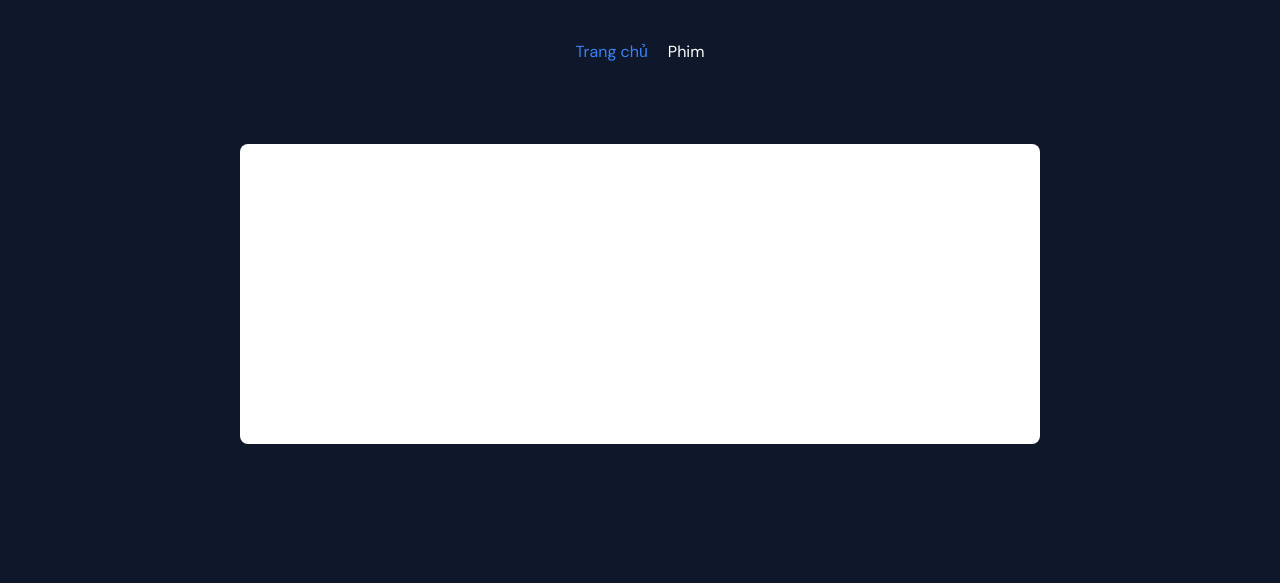
Repository: Nqvinh7603/FILM-FLOW
Page: /
An editor plug-in stored every save of this project. The page is shown before and after the next save, followed by the edit.
The browser window is 1280 px wide. The pictures show the whole page.
The project was rebuilt for these pictures with package versions that can differ from the ones it lists, and the page was loaded fresh each time. Also part of the build but not shown: vite.config.js.

Above is the page before, as saved 2024-01-05 11:15:28.

### index.html
<!doctype html>
<html lang="en">

<head>
  <meta charset="UTF-8" />
  <link rel="icon" type="image/svg+xml" href="/vite.svg" />
  <meta name="viewport" content="width=device-width, initial-scale=1.0" />
  <title>Vite + React</title>
  <link rel="preconnect" href="https://fonts.googleapis.com">
  <link rel="preconnect" href="https://fonts.gstatic.com" crossorigin>
  <link
    href="https://fonts.googleapis.com/css2?family=DM+Sans:opsz,wght@9..40,400;9..40,500;9..40,700&family=Roboto:wght@400;700&display=swap"
    rel="stylesheet">
</head>

<body>
  <div id="root"></div>
  <script type="module" src="/src/main.jsx"></script>
</body>

</html>

### src/main.jsx
import React from "react";
import ReactDOM from "react-dom/client";
import App from "./App.jsx";
import "./index.scss";
import { BrowserRouter } from "react-router-dom";

ReactDOM.createRoot(document.getElementById("root")).render(
  <React.StrictMode>
    <App />
  </React.StrictMode>
);

### src/App.jsx
import { Fragment } from "react";
import { NavLink } from "react-router-dom";
function App() {
  return (
    // eslint-disable-next-line react/jsx-no-undef
    <Fragment>
      <header className="header flex items-center justify-center gap-x-5 text-white py-10 mb-10">
        <span className="text-primary">Trang chủ</span>
        <span>Phim</span>
      </header>
      <section className="banner h-[300px] page-container">
        <div className="h-full w-full rounded-lg bg-white "></div>
      </section>
    </Fragment>
  );
}

export default App;

### src/index.scss
@tailwind base;
@tailwind components;
@tailwind utilities;
@layer base {
  body {
    @apply bg-slate-900 font-body px-5;
  }
}
@layer components {
  .page-container {
    max-width: 800px;
    margin-left: auto;
    margin-right: auto;
  }
}

### tailwind.config.js
/** @type {import('tailwindcss').Config} */
export default {
  content: ["./index.html", "./src/**/*.{js,ts,jsx,tsx}"],
  theme: {
    extend: {
      fontFamily: {
        body: ["DM Sans", "sans-serif"],
      },
      colors: {
        primary: "#3B82F6",
      },
    },
  },
  plugins: [],
};

After the next save:
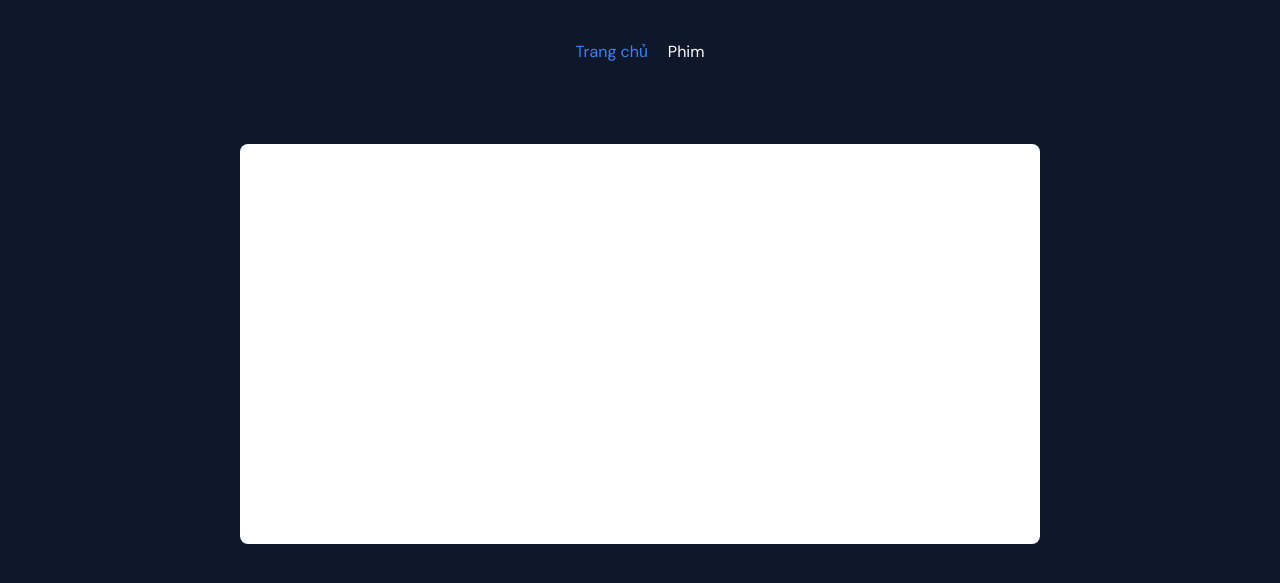
Saved 16 s later.
--- a/src/App.jsx
+++ b/src/App.jsx
@@ -8,7 +8,7 @@ function App() {
         <span className="text-primary">Trang chủ</span>
         <span>Phim</span>
       </header>
-      <section className="banner h-[300px] page-container">
+      <section className="banner h-[400px] page-container">
         <div className="h-full w-full rounded-lg bg-white "></div>
       </section>
     </Fragment>
